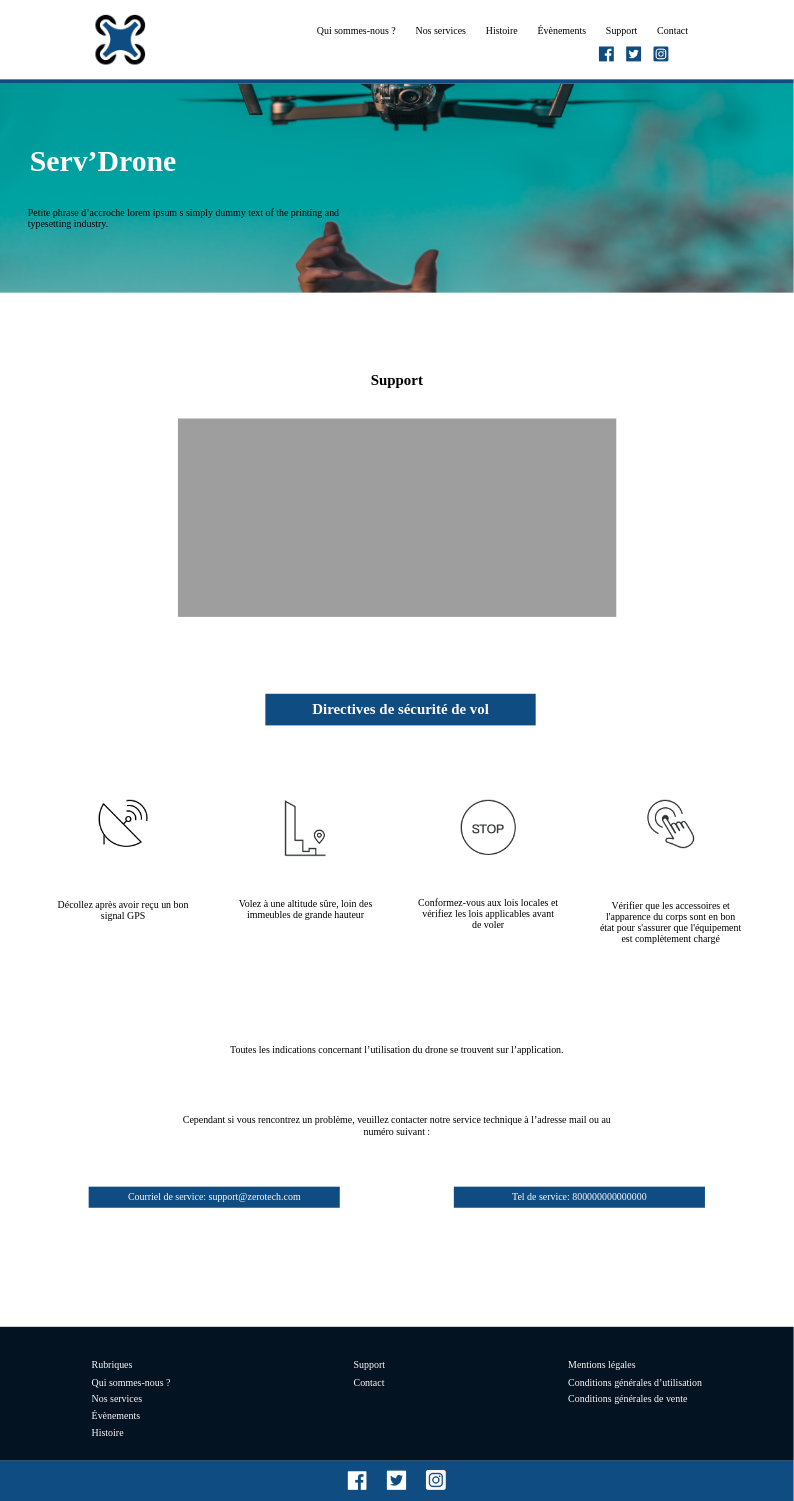
Repository: clairedupuich/serv_drone
Page: http://localhost/support.html
These files come from the project's save history. The page is drawn as it stood at one moment and after a run of saves; the edit follows.
The browser window is 1280 px wide. The pictures show the whole page, at 62% of full size.
Pictures or frames that could not be fetched are drawn as grey boxes. The page is run by PHP 8.4 with error messages shown; the project is at /var/www/html/.

Above is the page before, as saved 2020-10-29 23:44:51.

### support.html
<!DOCTYPE html>
<html lang="en">

<head>
    <meta charset="UTF-8">
    <meta name="viewport" content="width=device-width, initial-scale=1.0">
    <title>Document</title>
    <link rel="stylesheet" href="style.css">
</head>

<body>
    <header>
        <section class="navLogo">
            <img src="img/Group 5.png" class="logo">
            <div class="navAndIcon">
                <ul class="nav">
                    <li class=""> <a href=""> Qui sommes-nous ?</a></li>
                    <li class=""> <a href=""> Nos services</a></li>
                    <li class=""> <a href=""> Histoire</a></li>
                    <li class=""> <a href=""> Évènements</a></li>
                    <li class=""> <a href=""> Support</a></li>
                    <li class=""> <a href=""> Contact</a></li>
                </ul>

                <div class="iconHeader">
                  <a href="" class="iconHaut"><img src="img/Vector.png" alt=""></a>
                  <a href="" class="iconHaut"><img src="img/Vector(1).png" alt=""></a>
                  <a href="" class="iconHaut"><img src="img/Vector(2).png" alt=""></a>
                </div>
            </div>
        </section>
        <section class="grandImg">
            <h2>Serv’Drone</h2>
            <p class="inHeaderP">Petite phrase d’accroche lorem ipsum s simply dummy text
                of the printing and typesetting industry.</p>
        </section>
    </header>
    <section class="contenueSupport">
        <section class="videoDiv">
            <h2>Support</h2>
            <iframe width="60%" min-width="320px" height="320px" src="https://www.youtube.com/embed/rnkqKYyqMcI" frameborder="0"
                allow="accelerometer; autoplay; clipboard-write; encrypted-media; gyroscope; picture-in-picture"
                allowfullscreen></iframe>
        </section>
        <h2 class="titreIcon">Directives de sécurité de vol</h2>
        <section class="iconText">
            <figure class="fig">
                <img src="img/index7.png" alt="" class="icon icon1" />
                <figcaption>Décollez après avoir reçu un bon signal GPS</figcaption>
            </figure>
            <figure class="fig">
                <img src="img/index5.png" alt="" class="icon" />
                <figcaption>Volez à une altitude sûre, loin des immeubles de grande hauteur</figcaption>
            </figure>
            <figure class="fig">
                <img src="img/index4.png" alt="" class="icon" />
                <figcaption>Conformez-vous aux lois locales et vérifiez les lois applicables avant de voler</figcaption>
            </figure>
            <figure class="fig">
                <img  src="img/index6.png" alt="" class="icon icon4" />
                <figcaption>Vérifier que les accessoires et l'apparence du corps sont en bon état pour s'assurer que
                    l'équipement est complètement chargé</figcaption>
            </figure>
        </section>
        <section class="">
            <p class="repaire">Toutes les indications concernant l’utilisation du drone se trouvent sur l’application.</p>
            <p class="repaire">Cependant si vous rencontrez un problème, veuillez contacter notre service technique à l’adresse mail ou au numéro suivant :</p>
            <div class="teleMail">
                <p class="tele">Courriel de service: support@zerotech.com</p>
                <p class="mail">Tel de service: 800000000000000</p>
            </div>
        </section>
    </section>
    <footer>
        <div class="textFooterC">
            <div class="texFooter">
                <a href="" class="textFooterEle">Rubriques</a>
                <a href="" class="textFooterEle">Qui sommes-nous ? </a>
                <a href="" class="textFooterEle">Nos services</a>
                <a href="" class="textFooterEle">Évènements</a>
                <a href="" class="textFooterEle">Histoire</a>


            </div>
            <div class="texFooter">
                <a href="" class="textFooterEle">Support</a>
                <a href="" class="textFooterEle">Contact</a>
            </div>
            <div class="texFooter">
                <a href="" class="textFooterEle">Mentions légales</a>
                <a href="" class="textFooterEle">Conditions générales d’utilisation</a>
                <a href="" class="textFooterEle">Conditions générales de vente</a>
            </div>
        </div>
        <div class="iconsFooter">
               <img src="img/Vector 1.png" alt="" class="iconFooter">
               <img src="img/Vector2.png" alt="" class="iconFooter">
               <img src="img/Vector 3.png" alt="" class="iconFooter">
        </div>
    </footer>
</body>

</html>

### style.css
/* header commence ci-desous */
.navLogo {
    display: flex;
    flex-wrap: wrap;
    flex-direction: row;
    justify-content: space-around;
    align-items: center;
    padding: 1.5em;
}
.logo {
    width: 5em;
    height: 5em;
    margin-left: 0;
}
.nav {
    display: flex;
    flex-wrap: wrap;
    flex-direction: row;
    justify-content: space-between;
    margin-bottom: 0;
}
.nav > li {
    text-decoration: none;
    transition-property: transform;
    transition-duration: .2s;
    transform: scale(1);
    padding: 1em;
    list-style: none;
}
.nav > li > a {
    list-style: none;
    color:black;
    text-decoration: none;

}
.nav > li:hover {
    transform: scale(1.3);
    color: rgb(10, 23, 204);

}

.nav > li > a:hover {
    transform: scale(1.3);
    color: rgb(10, 23, 204);

}
.iconHeader {
    text-align: end;
   margin-right: 3em;
}
.iconHaut {
    margin-left: 1em;
}
.grandImg {
    background-image: url(img/headerimg.png);
    border-top: 7px solid #0F4C81;
    background-repeat: no-repeat;
    background-origin: border-box;
    background-position: center;
}
.grandImg > h2 {
    color: snow;
    font-size:3em ;
    margin: 0 auto 1em 1em;
    padding-top: 2em;
}
.inHeaderP {
    width: 40%;
    margin-bottom: 7em;
    padding-bottom: 8%;
    padding-left: 3.5%;
}
@media screen and (max-width: 770px) {
    .inHeaderP {
        width: 70%;
        margin-bottom: 6em;
        padding: 8% auto;
    }
    .grandImg > h2 {
        color: snow;
        font-size:2em ;
        margin: 0 auto 1em 1em;
        padding-top: 2em;
    }
}
/* page support commence */
*{
    margin: 0;
    padding: 0;
}
.videoDiv,
.iconText, {
    margin-bottom: 7em;
}
.contenueSupport {
   margin: 4em auto;
   padding: 1em 4%;
   text-align: center;
}
iframe {
    min-width: 300px;
}
.videoDiv > h2 {
   margin-bottom: 2em;
}

/* les icons de page support commence */
.titreIcon {
    color: snow;
    background-color: #0F4C81;
    margin: 5em 32%;
    padding: .5em;
    width: 35%;
}

.iconText {
    display: flex;
    flex-direction: row;
    flex-wrap: wrap;
    justify-content: space-around;
}
.fig {
    width: 25%;
    margin-bottom: 7em;
}
.icon {
    margin-bottom: 2em;
}
.icon1,
.icon4 {
    margin-bottom: 3em;
}
.fig > figcaption {
    text-align: center;
    padding: 2em;
}

.repaire {
    margin-bottom: 4em;
    padding: 1em 15em;
}
.teleMail {
    display: flex;
    flex-direction: row;
    flex-wrap: wrap;
    justify-content: space-around;
}
.tele,
.mail {
    color: snow;
    background-color: #0F4C81;
    margin-bottom: 3em;
    padding: .5em;
    width: 33%;
}

/* page qui somme nous commence */
.quiHaut {
    text-align: center;
    background-color: #031322;
    background-clip: border-box;
    padding: 3em 17%;
    color: snow;
}
.littleTitre {
    font-weight: bold;
    padding: 2em;
    font-size: 1.2em;
}
.quiText {
    padding-bottom: 9em;
    line-height: 1.5em;
    text-align: justify;
}
.chefs {
    /* background-color: #031322; */
    background-clip: border-box;
    padding:2em 8%;
   /*  color: snow; */
}
.chefs > h4 {
    margin-left: 4em;
}
.man {
    display: flex;
    flex-wrap: wrap;
    flex-direction: row;
    justify-content: space-around;
    margin-bottom: 6em;
}
.imgMan2 {
    display: none;
}
.manText {
    width: 35%;
    text-align: justify;

}
@media screen and (max-width: 380px){
    .manText {
        width: 65%;
        text-align: justify;

    }
    .imgMan2 {
        display: block;
    }
    .imgManComputer {
        display: none;
    }
}

/* footer commence */
footer {

    color: snow;
    margin-top: 8em;
}
.textFooterC {
    background-color: #031322;
    display: flex;
    flex-direction: row;
    flex-wrap: wrap;
    justify-content: space-around;
    padding-top: 3em;
    padding-bottom: 2em;
}
.texFooter {
    display: flex;
    flex-direction: column;
    line-height: 1.7em;
    background-clip: border-box;
}
/* .textFooter2 {
    margin-right: 19em;
} */
.textFooterEle {
    text-decoration: none;
    list-style: none;
    color: snow;
}
.iconsFooter {
    background-color: #0F4C81;
    text-align: center;
}
.iconFooter{
   padding: 0.9em;
}

/* page contact commence */
.contenueContact {
    padding:2em 9%;
    background-color: #f2f3f3;
    background-clip: border-box;
}
.contact {
    display: flex;
    flex-direction: row;
    flex-wrap: wrap;
    justify-content: space-around;
    margin-bottom: 3em;
}
.contact > p {
    background-color: #ffffff;
    padding: 10% 2em;
    border-radius: 3em;
    margin-bottom: 1.5em;

}
.contact > p > span {
    font-size: 1.5em;
    display: block;
    margin-bottom: 1em;
}
.contact_img {
    border-radius: 3em;
    width: 40%;
    min-width: 20em;
}

/* formulaire ci-desous */
.cont h2 {
    margin: 6em auto 2em;
    text-align: center;
    width: 80%;
}

.hform {

    background-image: url(img/drone2.png);
    background-repeat: no-repeat;
    background-position-x: right;
    background-position-y: top;
}

.cont h3 {
    margin-bottom: 1em;
}

.contat-p {
    padding: 8px auto;
}

form {
    margin-top: 1.5em;

}

.nomemail {
    display: flex;
    flex-direction: row;
    flex-wrap: wrap;
    justify-content: space-between;

}

.form-nom {
    width: 40%;
    min-width: 16em;
}

.form-emil {
    width: 40%;
    margin-right:.5em;
    min-width: 16em;
}

.name {

    color: rgb(39, 37, 37);
    padding: 1em;
    width: 100%;
    margin: 0.7em auto;
}

.textarea {
    width: 100%;
    padding: 1.5em;
    font-size: 1em;
    margin-bottom: 2em;
    font-style: italic;

}

.contact-submit input {
    padding: .6em;
    font-size: 1em;
    background-color: #febf01;
    border: darkslategrey solid 1px;
    box-shadow: 2px 3x 6px black;
    border-radius: 3px;
    color: cornsilk;
    cursor: pointer;
}
@media screen and (max-width: 556px) {
    footer {
        margin-top: 5em;
        text-align: center;
    }
    .textFooterC {
        display: flex;
        flex-direction: column;
        flex-wrap: wrap;
        justify-content: space-around;
        padding-top: 3em;
        padding-bottom: 2em;
    }
    .texFooter {
        display: flex;
        flex-direction: column;
        line-height: 1.7em;
        background-clip: border-box;
    }

    .cont {
        background-image: url(img/drone2.png);
        background-repeat: no-repeat;
        background-position-x: right;
        background-position-y: top;
    }
    .hform {

        background-image: url();
    }

    .textarea {
        width: 92%;
    }

}
/* formulaier fini ici */

/* page d'aceuill commence */

.containerService {
    display: flex;
    flex-direction: row;
    flex-wrap: wrap;
    justify-content: space-around;
}
.imgService {
    width: 560px;
    height: 315px;
}
.textService {
    width: 40%;

}

After the next 2 saves:
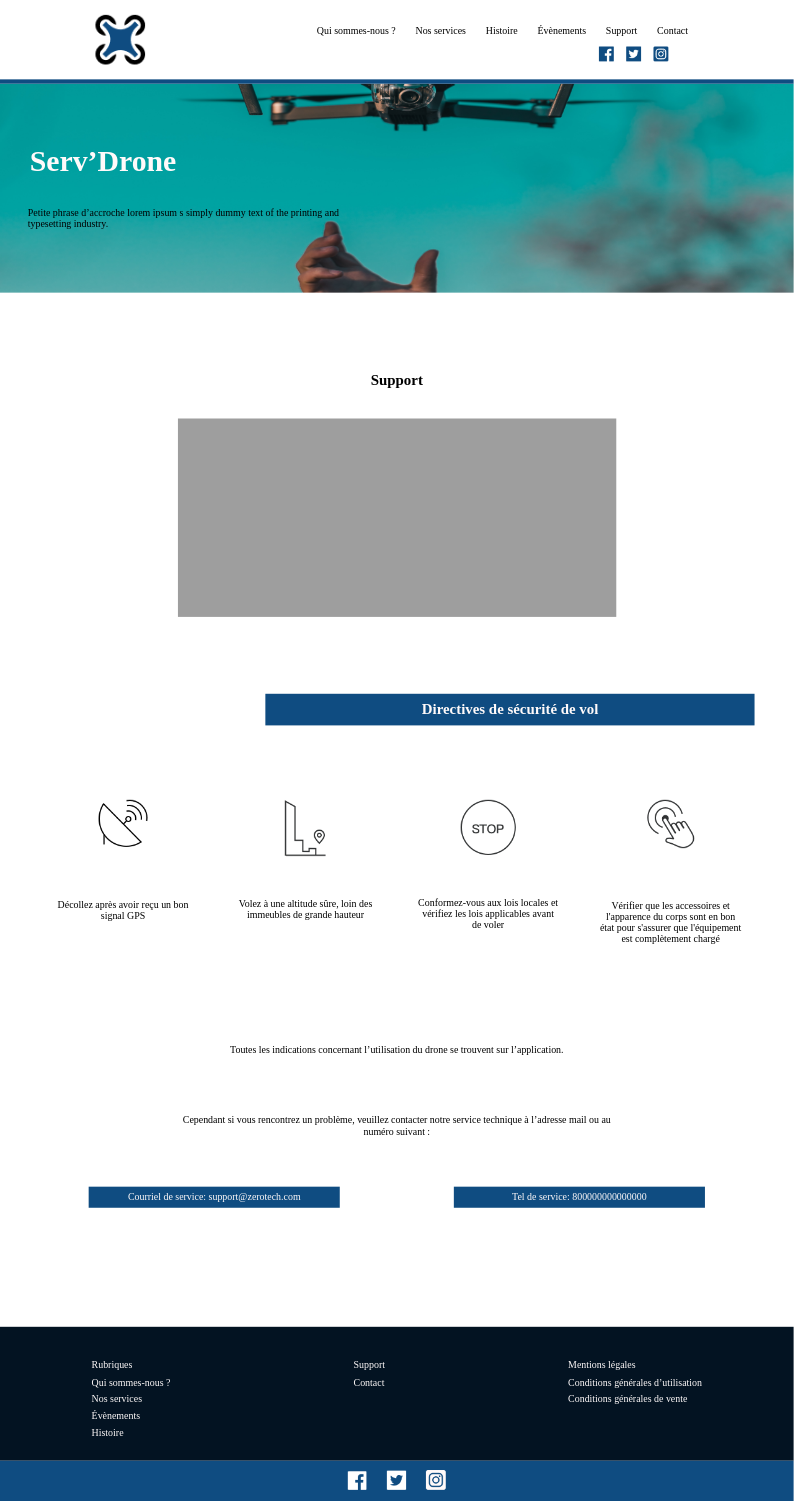
The 2 saves are shown as one change because they came seconds apart.
The last was saved 63 s later.
--- a/style.css
+++ b/style.css
@@ -110,7 +110,7 @@
     background-color: #0F4C81;
     margin: 5em 32%;
     padding: .5em;
-    width: 35%;
+    width: 65%;
 }
 
 .iconText {

After the 5 saves that followed:
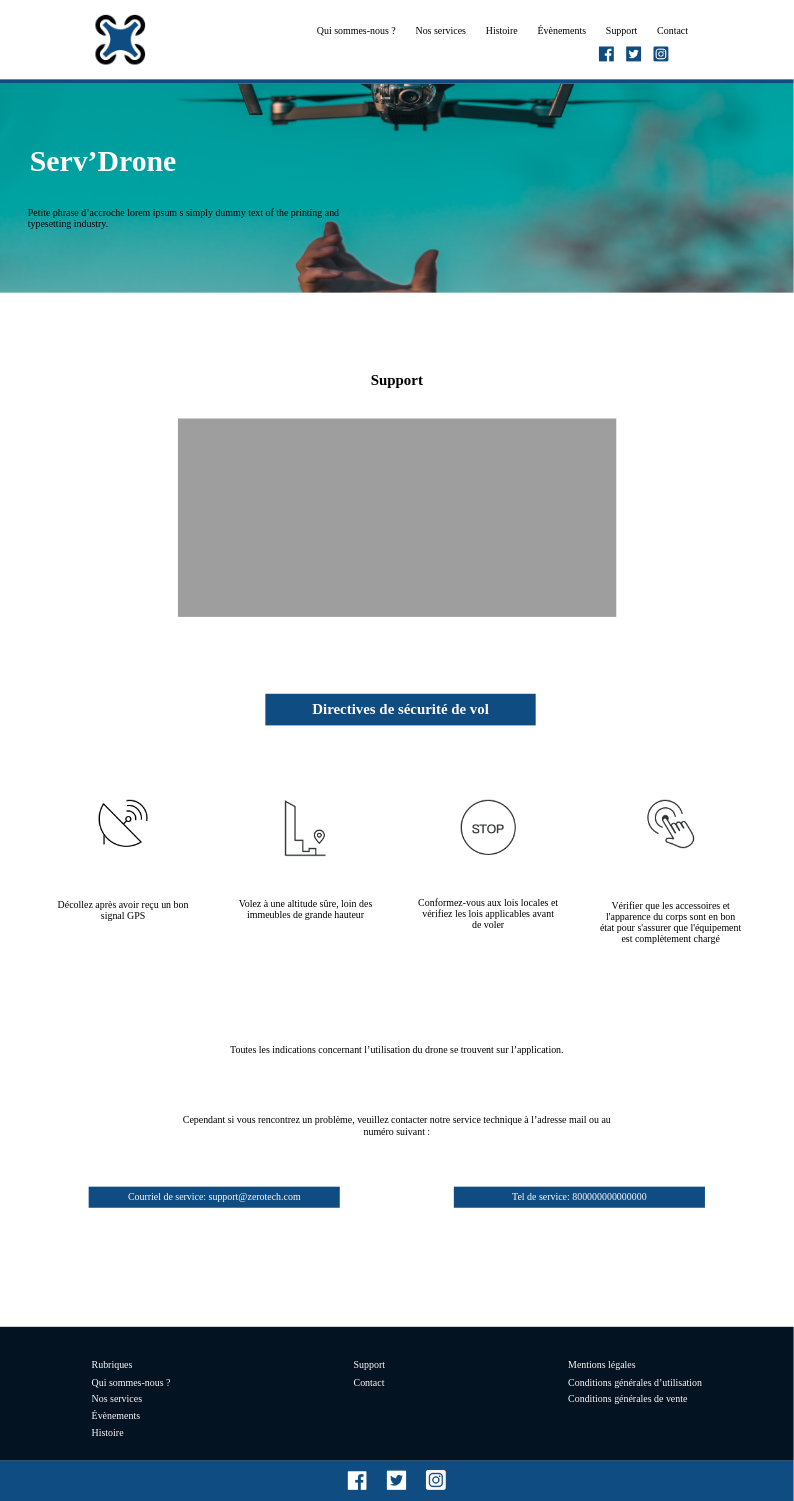
The 5 saves are shown as one change because 1 left the picture as it was and some came seconds apart.
The last was saved 51 s later.
--- a/style.css
+++ b/style.css
@@ -110,7 +110,7 @@
     background-color: #0F4C81;
     margin: 5em 32%;
     padding: .5em;
-    width: 65%;
+    width: 35%;
 }
 
 .iconText {
